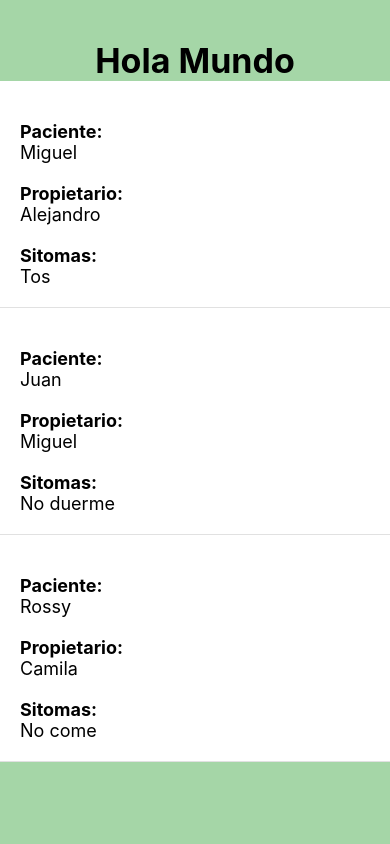
Repository: AleMicky/citas
Screen: /
The author's editor kept a copy of each file at every save. The screen is drawn from the files as they stood at one save, then again after the next save.
The app was drawn by React Native's web renderer in a window 390 px wide. The project was rebuilt for these pictures with package versions that can differ from the ones it lists, and the page was loaded fresh each time.

Above is the screen before, as saved 2020-06-27 00:31:04.

### App.js
import React from 'react'
import { View, Text, StyleSheet, FlatList } from 'react-native'
import Cita from './src/components/Cita';

export default function App() {

  const [citas, setCitas] = React.useState([
      { id:'1', paciente:'Miguel', propietario:'Alejandro', sitomas: 'Tos' },
      { id:'2', paciente:'Juan', propietario:'Miguel', sitomas: 'No duerme' },
      { id:'3', paciente:'Rossy', propietario:'Camila', sitomas: 'No come' }
  ]);

  return (
    <View style={styles.contenedor}>
        <Text style={styles.titulo}>Hola Mundo</Text>
        <FlatList data = {citas}
                  renderItem = {({item}) => (<Cita item = {item}/>)}
                  keyExtractor = {citas => citas.id}
          />
    </View>
  )
}

const styles = StyleSheet.create({
  contenedor:{
    flex:1,
    backgroundColor:'#a5d6a7'
  },
  titulo:{
    marginTop:40,
    fontSize: 34,
    fontWeight:'bold',
    textAlign:'center'
  }
})

### src/components/Cita.js
import React from 'react';
import { Text, StyleSheet, View } from 'react-native';

const Cita = ({ item }) => {

    const { paciente, propietario, sitomas } = item;
    return (
        <View style={styles.cita}>
            <View>
                <Text style={styles.lebel}>Paciente: </Text>
                <Text style={styles.texto}>{paciente}</Text>
            </View>
            <View>
                <Text style={styles.lebel}>Propietario: </Text>
                <Text style={styles.texto}>{propietario}</Text>
            </View>
            <View>
                <Text style={styles.lebel}>Sitomas: </Text>
                <Text style={styles.texto}>{sitomas}</Text>
            </View>
        </View>
    );
}
const styles = StyleSheet.create({
    cita:{
        backgroundColor:'#fff',
        borderBottomColor:"#e1e1e1",
        borderStyle:'solid',
        borderBottomWidth: 1,
        paddingVertical:20,
        paddingHorizontal:20,
    },
    lebel:{
        fontWeight:'bold',
        fontSize:18,
        marginTop:20
    },
    texto:{
        fontSize:18,
    }
})
export default Cita;

After the next save:
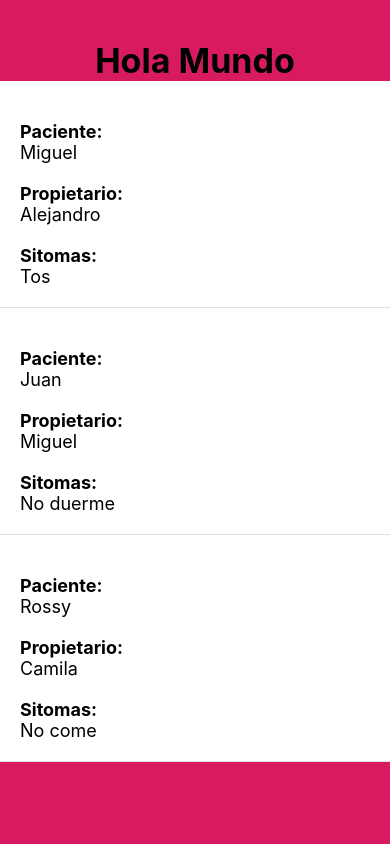
Saved 4 s later.
--- a/App.js
+++ b/App.js
@@ -24,7 +24,7 @@ export default function App() {
 const styles = StyleSheet.create({
   contenedor:{
     flex:1,
-    backgroundColor:'#a5d6a7'
+    backgroundColor:'#d81b60'
   },
   titulo:{
     marginTop:40,
